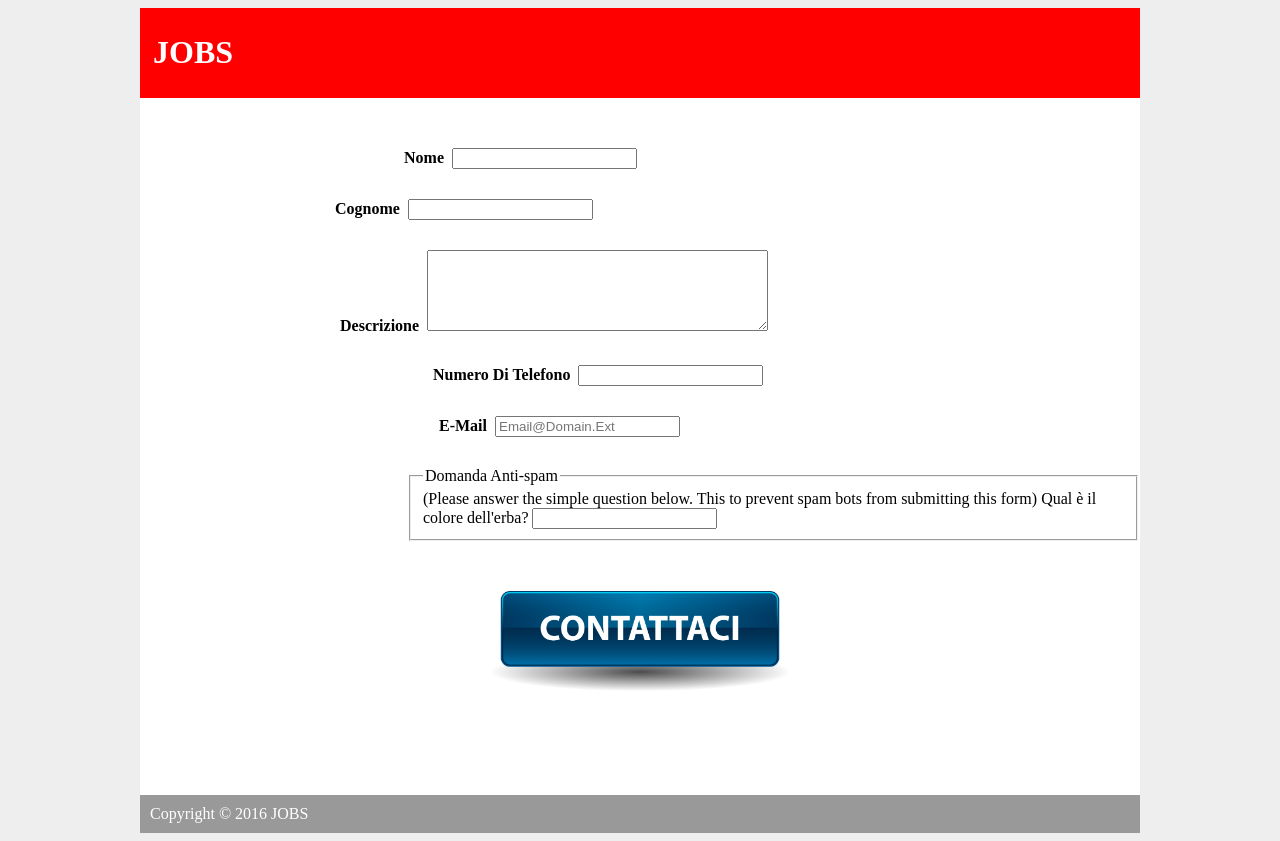
Repository: ProjectRC/RC
Page: client/contattaci.html
The author's editor kept a record of every edit. The page is drawn from the files as they stood at one moment, then again after the next edit.
The browser window is 1280 px wide. The pictures show the whole page.

Above is the page before.

### client/contattaci.html
<!DOCTYPE html>
<html>
    <head>
        <title>Contatta l'offerente JOBS </title>
        <link rel="stylesheet" type="text/css" href="css/contattaci.css" />
        <link rel="shortcut icon" type="image/x-icon" href="img/favicon.ico" />
    </head>
    <body>
    <form action="sendEmail" method="post" >
        <div id="container">
            <div id="header">
                <h1>&nbspJOBS</h1>
            </div>
            <div id="main">

                <style>input{text-transform:capitalize}</style>

                <div id="nome">
                    <label><b>Nome&nbsp</b></label>
                    <input type="text" name="nome" autocomplete="on" size="20" maxlength="60" required/>
                </div>

                <div id="cognome">
                    <label><b>Cognome&nbsp</b></label>
                    <input type="text" name="cognome" autocomplete="on" size="20" maxlength="60" required/>
                </div>

                <div id="testo">
                    <label><b>Descrizione&nbsp</b></label>
                    <textarea name="testo" rows="5" cols="40" required /></textarea>
                </div>

                <div id="telefono">
                    <label><b>Numero di telefono&nbsp</b></label>
                    <input type="tel" name="numero" autocomplete="on" size="20" maxlength="60" required pattern="[0-9]{7,10}"/>
                </div>

                <div id="email">
                    <label><b>E-mail&nbsp</b></label>
                    <input type="email" name="email" autocomplete="on" placeholder="email@domain.ext" size="20" maxlength="60" required/>
                </div>

                <fieldset id='antispam'>
                <legend >Domanda Anti-spam </legend>
                    <span class='short_explanation'>(Please answer the simple question below. This to prevent spam bots from submitting this form)</span>

                        <label>Qual è il colore dell'erba?</label>
                        <input type='text' name='antispam'  maxlength="10" required pattern="[v]{1}[e]{1}[r]{1}[d]{1}[e]{1}" /><br/>
                </fieldset>

                <div id="contatta">
                    <input type="image"src="img/Contattaci.png" width="300" hight="99"border="0"/>
                </div>

            </div>

            <div id="footer">
                Copyright &copy; 2016 JOBS
            </div>
        </div>
    </form>
    </body>

</html>

### client/css/contattaci.css
body {
    background-color: #EEE;
}

#container {
    background-color: white;
    width: 1000px;
    margin-left: auto;
    margin-right: auto;
}

#header {
    clear: both;
    padding: 5px;
    background-color: red;
    color: white;
    text-align: left;
}

#main {
    background-color: white;
    text-align: left;
}

#nome {
    margin-top: 50px;
    text-align: left;
    margin-left: 264px;
    text-transform: capitalize;
}

#cognome {
    margin-top: 30px;
    text-align: left;
    margin-left: 195px;
    text-transform: capitalize;
}

#testo {
    margin-top: 30px;
    margin-left: 200px;
    text-align: left;
}

#telefono {
    margin-top: 30px;
    text-align: left;
    margin-left: 293px;
    text-transform: capitalize;
}

#email {
    margin-top: 30px;
    text-align: left;
    margin-left: 299px;
    text-transform: capitalize;
}

#antispam {
    margin-top: 30px;
    text-align: left;
    margin-left: 269px;
}

#contatta {
    text-align: center;
    margin-top: 50px;

}

#footer {
    margin-top: 100px;
    clear: both;
    padding: 10px;
    background-color: #999999;
    color: white;
    text-align: left;
}

After the next edit:
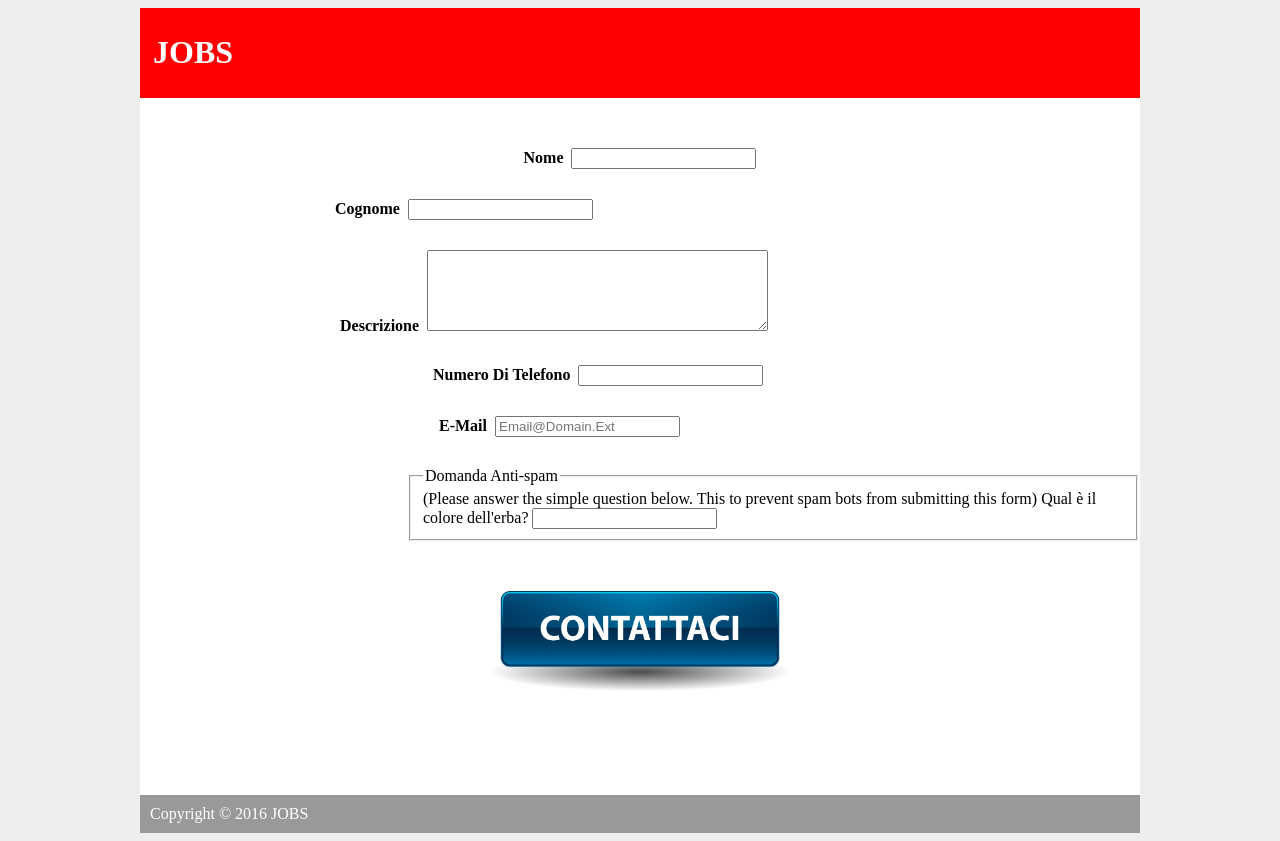
The edit:
--- a/client/css/contattaci.css
+++ b/client/css/contattaci.css
@@ -24,8 +24,8 @@
 
 #nome {
     margin-top: 50px;
-    text-align: left;
-    margin-left: 264px;
+    text-align: center;
+    /*margin-left: 264px;*/
     text-transform: capitalize;
 }
 
